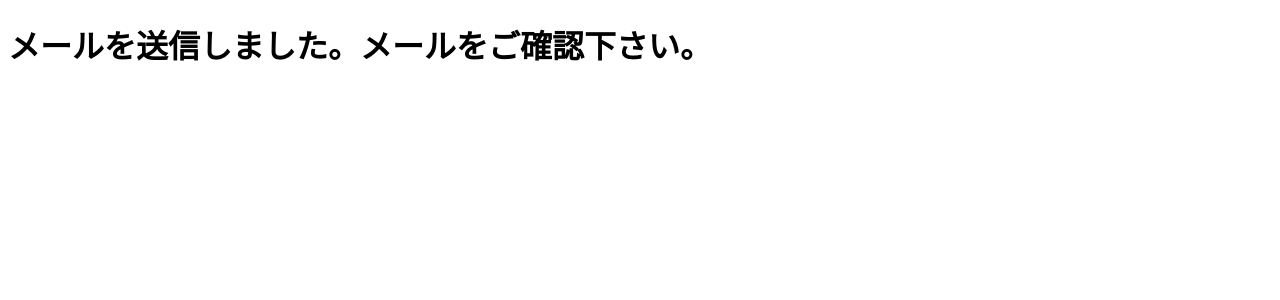
Repository: ryosuke-yamoto/BBS
Page: http://localhost/BBS_yamoto/View/Signup/mail_send_success.php
These files come from the project's save history. The page is drawn as it stood at one moment and after the next save; the edit follows.
The browser window is 1280 px wide. The pictures show the whole page.
The page is run by PHP 8.4 with error messages shown; the project is at /var/www/html/.

Above is the page before, as saved 2020-05-19 09:32:30.

After the next save:
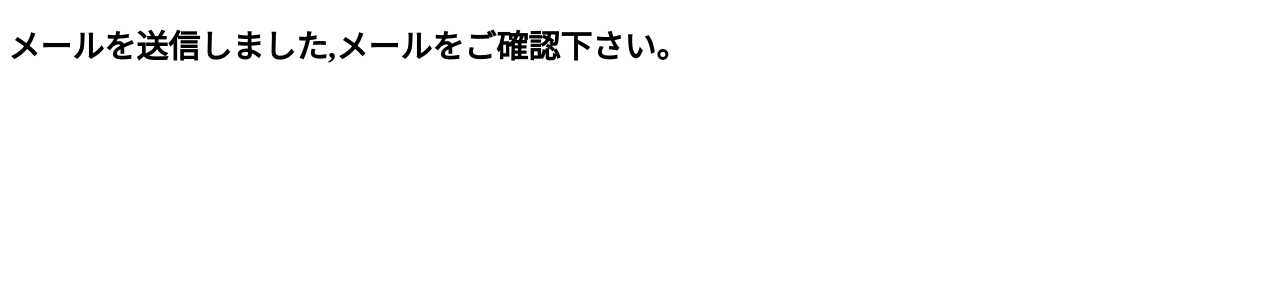
Saved 34 s later.
--- a/View/Signup/mail_send_success.php
+++ b/View/Signup/mail_send_success.php
@@ -12,7 +12,7 @@
 </head>
 <body>
   <div>
-    <h1>メールを送信しました。メールをご確認下さい。</h1>
+    <h1>メールを送信しました,メールをご確認下さい。</h1>
     <!-- <form action="../top.php" method="get">
       <button type="submit">送信</button>
     </form> -->
